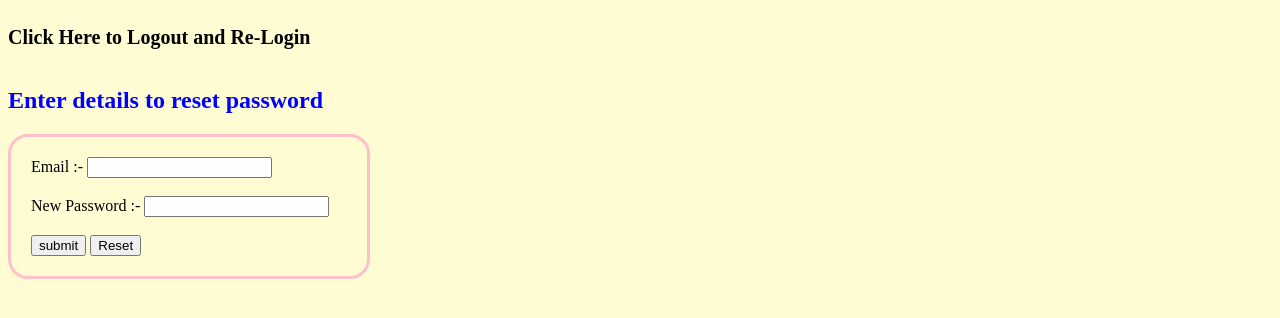
Repository: goutham-1998/Simplilearn_Projects_Repository
Page: http://localhost/sporty_shoes/WEB-INF/view/ForgotPassword.jsp
An editor plug-in stored every save of this project. The page is shown before and after the next save, followed by the edit.
The browser window is 1280 px wide. The pictures show the whole page.
The page is served by Tomcat 9. Nobody is signed in. Other server files are loaded and not shown. The template is opened directly, without the code that normally fills it, so the values that code supplies are empty.

Above is the page before, as saved 2022-03-25 05:22:46.

### Phase-3 Assisted Projects/Phase-3 Project/sporty_shoes/src/main/webapp/WEB-INF/view/ForgotPassword.jsp
<%@ page language="java" contentType="text/html; charset=ISO-8859-1"
    pageEncoding="ISO-8859-1"%>
<!DOCTYPE html>
<html>
<head>
<meta charset="ISO-8859-1">
<title>Sporty Shoes</title>
</head>
<body style="background-color:rgb(255,252,211)">
<br>
<a href=Home.jsp style="color:black;text-decoration:none ;font-size:20px;font-weight:bold;"> Click Here to Logout and Re-Login</a>
<br><br>
<h2 style="color:blue;">Enter details to reset password</h2>
<div style="border:3px solid pink;width:25%;border-radius:20px;padding:20px">
<form action=adminForgotPassword method=post>
	<label for=email>Email :-</label> <input type="email" name=email id=email /><br><br>
	<label for=pass>New Password :-</label> <input type="password" name=password id=pass /><br><br>
	<input type=submit value=submit /> <input type=reset />
</form>
</div><br><br>
<p style="color:green;">${message}</p>
</body>
</html>

After the next save:
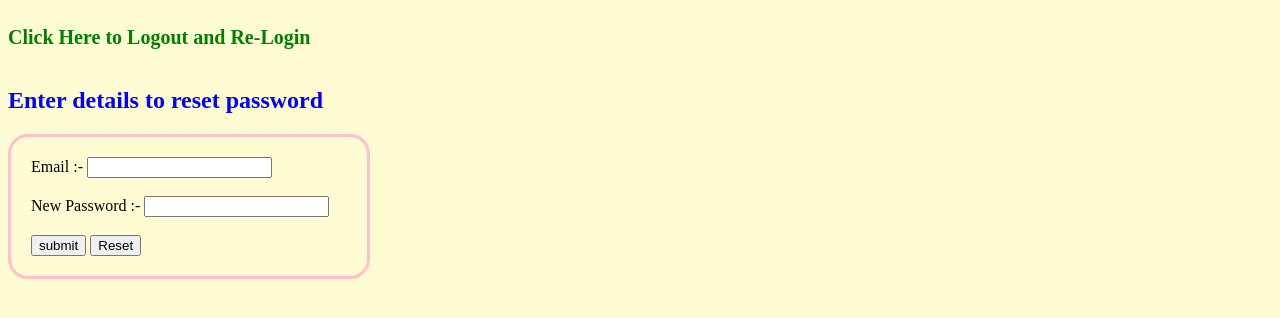
Saved 63 s later.
--- a/Phase-3 Assisted Projects/Phase-3 Project/sporty_shoes/src/main/webapp/WEB-INF/view/ForgotPassword.jsp
+++ b/Phase-3 Assisted Projects/Phase-3 Project/sporty_shoes/src/main/webapp/WEB-INF/view/ForgotPassword.jsp
@@ -8,7 +8,7 @@
 </head>
 <body style="background-color:rgb(255,252,211)">
 <br>
-<a href=Home.jsp style="color:black;text-decoration:none ;font-size:20px;font-weight:bold;"> Click Here to Logout and Re-Login</a>
+<a href=Home.jsp style="color:Green;text-decoration:none ;font-size:20px;font-weight:bold;"> Click Here to Logout and Re-Login</a>
 <br><br>
 <h2 style="color:blue;">Enter details to reset password</h2>
 <div style="border:3px solid pink;width:25%;border-radius:20px;padding:20px">
